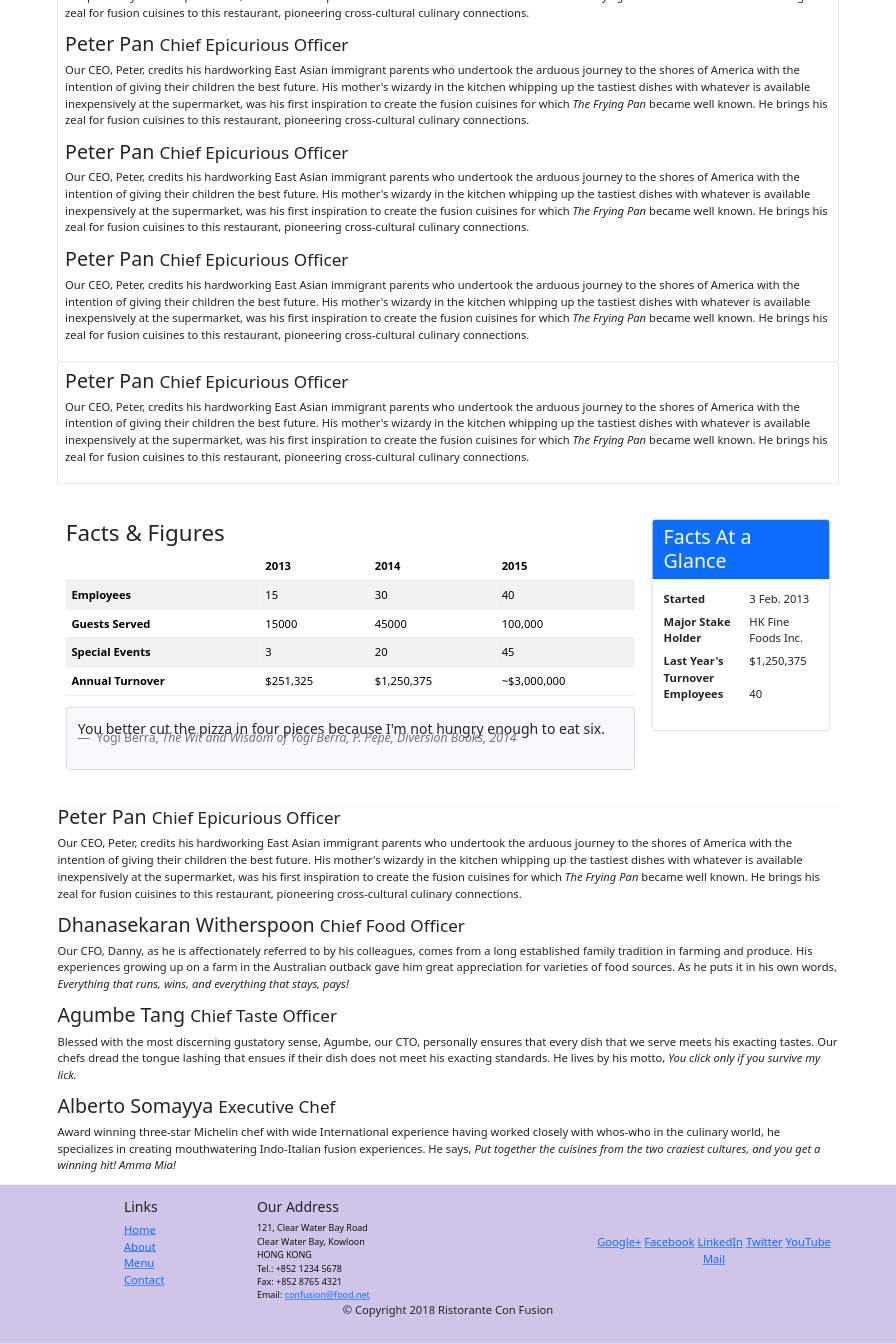
Repository: DungBuiTuan/FER201m
Page: aboutus.html
An editor plug-in stored every save of this project. The page is shown before and after the next save, followed by the edit.
The browser window is 1280 px wide. The pictures show the part of the page from y = 941 to 2861 px (the page is 2861 px tall before and 2687 px after), at 70% of full size.
Some web libraries are served in a nearby version.

Above is the page before, as saved 2023-05-18 01:51:16.

After the next save:
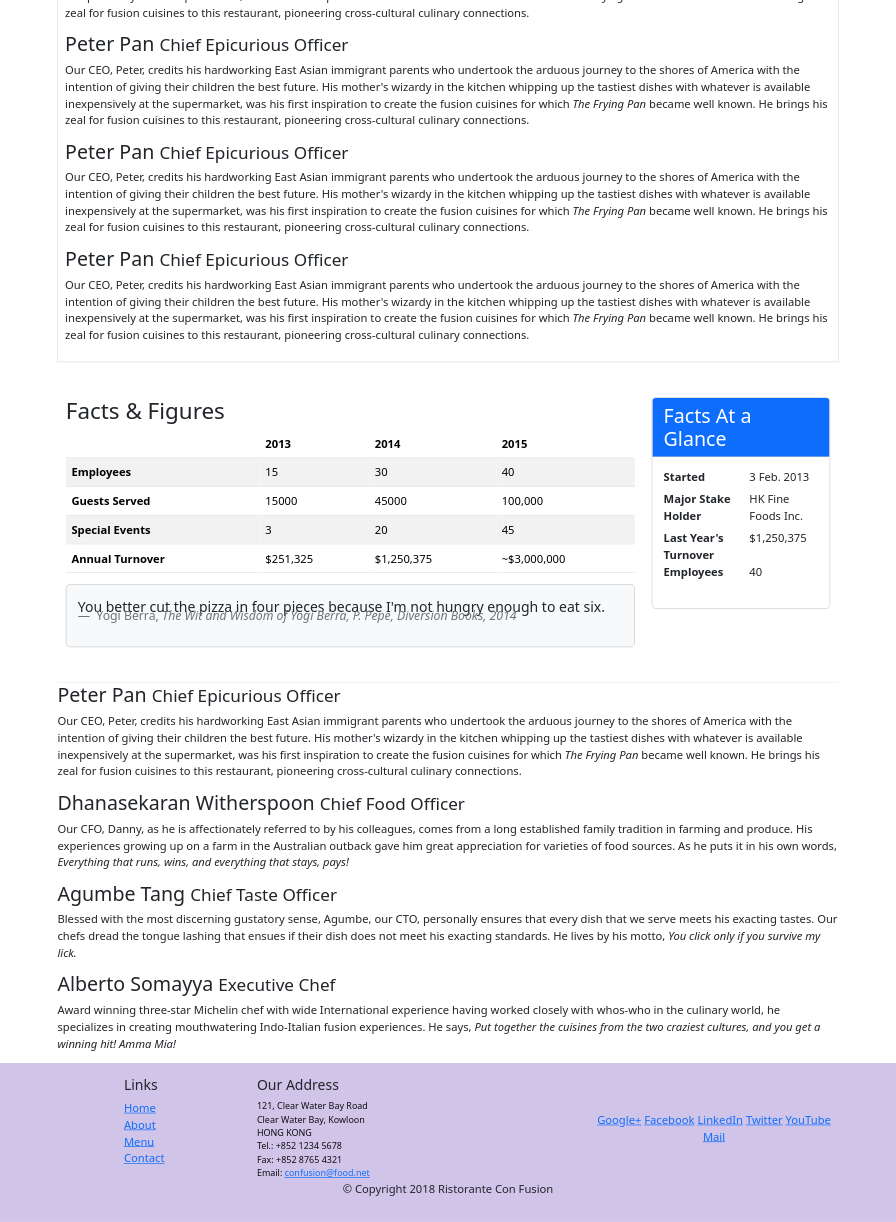
Saved 13 min 12 s later.
--- a/aboutus.html
+++ b/aboutus.html
@@ -170,20 +170,6 @@
                         pioneering cross-cultural culinary connections. </p>
                 </div>
             </div>
-            <div class="tab-content">
-                <div role="tabpanel" class="tab-pane fade show active" id="danny">
-                    <h3>Peter Pan <small>Chief Epicurious Officer</small></h3>
-                    <p> Our CEO, Peter, credits his hardworking East Asian immigrant
-                        parents who undertook the arduous journey to the shores of
-                        America with the intention of giving their children the best
-                        future. His mother's wizardy in the kitchen whipping up the
-                        tastiest dishes with whatever is available inexpensively at the
-                        supermarket, was his first inspiration to create the fusion
-                        cuisines for which <em>The Frying Pan</em> became well known. He
-                        brings his zeal for fusion cuisines to this restaurant,
-                        pioneering cross-cultural culinary connections. </p>
-                </div>
-            </div>
 
               <div class="row row-content">
                 <div class="col-12 col-sm-9">
